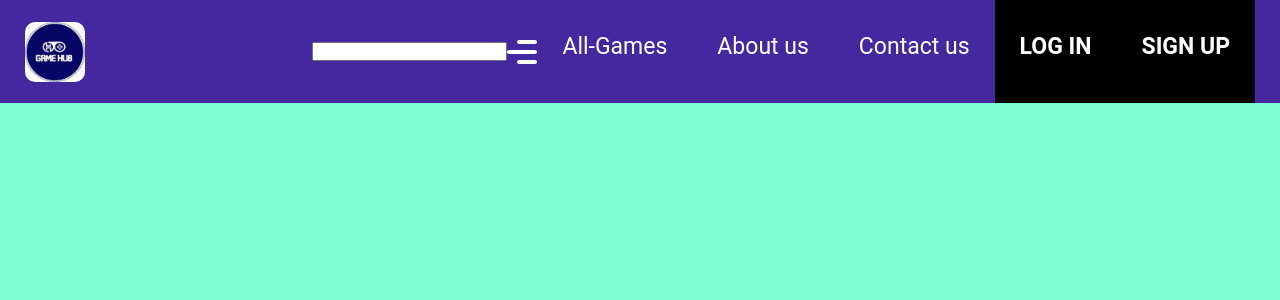
Repository: Fariaddd/HTML-CSS-reset
Page: index.html
The author's editor kept a copy of each file at every save. The page is drawn from the files as they stood at one save, then again after the next save.
The browser window is 1280 px wide. The pictures show the whole page.
Some web fonts or font styles are not loaded; a fallback is used.

Above is the page before, as saved 2022-04-01 17:14:47.

After the next save:
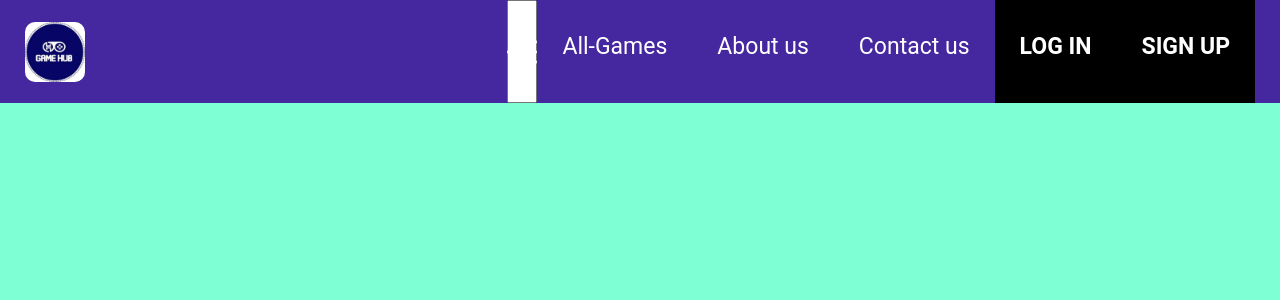
Saved 71 s later.
--- a/style/index.css
+++ b/style/index.css
@@ -101,3 +101,9 @@
   top: 10px;
   width: 20px;
 }
+
+.toggle-menu {
+  position: absolute;
+  width: 30px;
+  height: 100%;
+}
